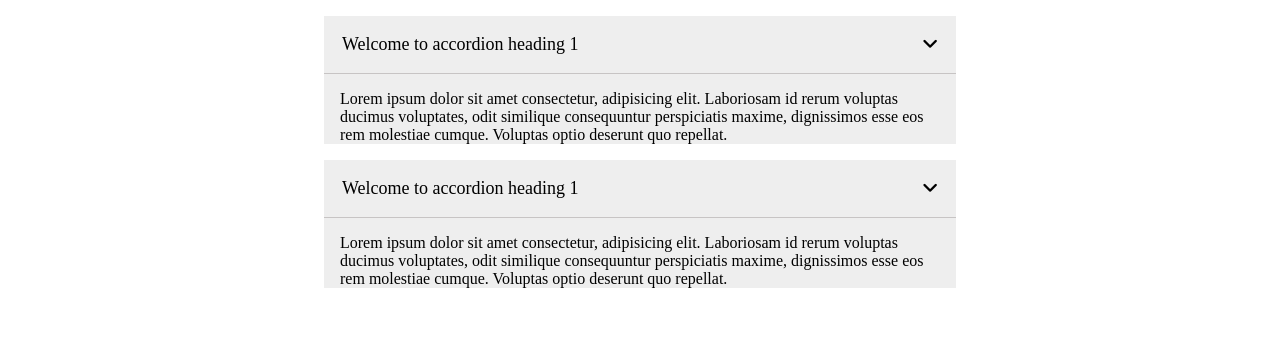
Repository: tungts3qb/Javascript
Page: accordion.html
These files come from the project's save history. The page is drawn as it stood at one moment and after the next save; the edit follows.
The browser window is 1280 px wide. The pictures show the whole page.

Above is the page before, as saved 2022-12-26 00:54:44.

### accordion.html
<!DOCTYPE html>
<html lang="en">
  <head>
    <meta charset="UTF-8" />
    <meta http-equiv="X-UA-Compatible" content="IE=edge" />
    <meta name="viewport" content="width=device-width, initial-scale=1.0" />
    <link
      rel="stylesheet"
      href="https://cdnjs.cloudflare.com/ajax/libs/font-awesome/6.2.1/css/all.min.css"
      integrity="sha512-MV7K8+y+gLIBoVD59lQIYicR65iaqukzvf/nwasF0nqhPay5w/9lJmVM2hMDcnK1OnMGCdVK+iQrJ7lzPJQd1w=="
      crossorigin="anonymous"
      referrerpolicy="no-referrer"
    />
    <link rel="stylesheet" href="style.css" />
    <title>Accordiion</title>
  </head>
  <body>
    <div class="accordion">
      <div class="accordion-header">
        <span>Welcome to accordion heading 1</span>
        <i class="fa fa-angle-down"></i>
      </div>
      <div class="accordion-content">
        <div class="accordion-content-inner">
          Lorem ipsum dolor sit amet consectetur, adipisicing elit. Laboriosam
          id rerum voluptas ducimus voluptates, odit similique consequuntur
          perspiciatis maxime, dignissimos esse eos rem molestiae cumque.
          Voluptas optio deserunt quo repellat.
        </div>
      </div>
    </div>

    <div class="accordion">
      <div class="accordion-header">
        <span>Welcome to accordion heading 1</span>
        <i class="fa fa-angle-down"></i>
      </div>
      <div class="accordion-content">
        <div class="accordion-content-inner">
          Lorem ipsum dolor sit amet consectetur, adipisicing elit. Laboriosam
          id rerum voluptas ducimus voluptates, odit similique consequuntur
          perspiciatis maxime, dignissimos esse eos rem molestiae cumque.
          Voluptas optio deserunt quo repellat.
        </div>
      </div>
    </div>
    <script src="./accordion.js"></script>
  </body>
</html>

### style.css
.button {
  padding: 20px;
  color: white;
  background-color: #ffa400;
  border: 0;
  margin: 50px auto;
  display: block;
  width: 300px;
  font-family: "Poppins", sans-serif;
}

.change {
  display: block;
  padding: 15px 40px;
  border-radius: 10px;
  border: 0;
  color: white;
  font-family: "Poppins", sans-serif;
  margin: 50px auto;
  background-color: #3d6ef7;
}

.menu {
  width: 300px;
  position: fixed;
  top: 0;
  right: 0;
  bottom: 0;
  box-shadow: rgba(100, 100, 111, 0.2) 0px 7px 29px 0px;
  list-style: none;
  transform: translateX(100%);
  transition: transform 0.25s linear;
  margin-top: 0;
  margin-bottom: 0;
}

.menu.is-show {
  transform: translateX(0%);
}

.menu-link {
  display: block;
  padding: 20px 15px;
  color: #333;
  border-bottom: 1px solid #eee;
}

.header {
  padding: 20px;
  display: flex;
  align-items: center;
  justify-content: flex-end;
}

.menu-toggle {
  cursor: pointer;
  font-size: 30px;
  position: relative;
  z-index: 9999;
}

.menu-item a {
  text-decoration: none;
}

/* ============ Tab.html ============= */

.tab {
  padding: 2.5rem;
  border-radius: 1rem;
  background-color: white;
  display: inline-block;
  position: relative;
  left: 50%;
  transform: translateX(-50%);
  margin: 50px auto;
  box-shadow: rgba(100, 100, 111, 0.2) 0px 7px 29px 0px;
  width: 500px;
}

.tab-list {
  display: flex;
  justify-content: space-between;
  margin-bottom: 2.5rem;
}

.tab-item {
  cursor: pointer;
  padding: 1rem 2rem;
  border-radius: 5rem;
  color: #818e9b;
  background-color: #f4f5f7;
  text-align: center;
  white-space: nowrap;
  font-weight: 500;
  margin: 0 auto;
  flex: 1;
}

.tab-item.active {
  color: white;
  background-color: #2979ff;
  pointer-events: none;
}

.tab-item:not(:first-child) {
  margin-left: 1.5rem;
}

.tab-content {
  display: none;
}

.tab-content.active {
  display: block;
}

.post {
  display: flex;
  align-items: center;
}

.post:not(:first-child) {
  margin-bottom: 2rem;
}

.post-title {
  color: #4e4f51;
  font-weight: 300;
  line-height: 1.8;
  font-size: 14px;
}

.accordion {
  width: 50%;
  margin: 1rem auto;
  background-color: #eee;
}

.accordion-header {
  cursor: pointer;
  padding: 18px;
  font-size: 18px;
  display: flex;
  justify-content: space-between;
  border-bottom: 1px solid rgb(199, 196, 196);
}

.accordion-content {
  margin: 1rem;
  margin-bottom: 1rem;
}

Loaded but not shown: accordion.js (no copy from this time; the picture is the same without it)

After the next save:
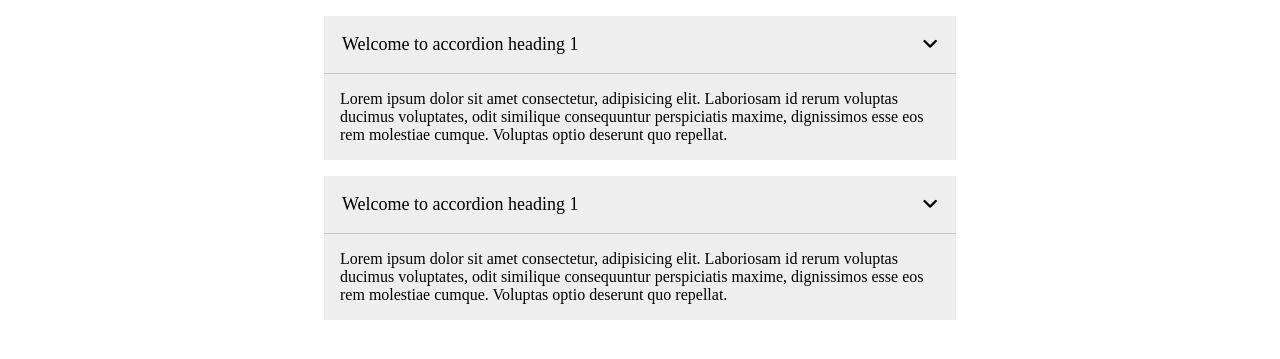
Saved 4 s later.
--- a/style.css
+++ b/style.css
@@ -148,5 +148,5 @@
 
 .accordion-content {
   margin: 1rem;
-  margin-bottom: 1rem;
+  padding-bottom: 1rem;
 }
